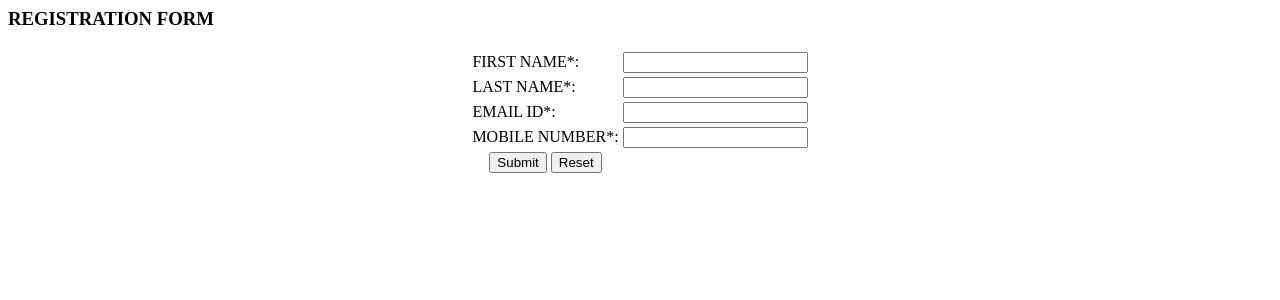
Repository: varshaumeshhs55/ServletProject
Page: LoginRegistrationApp/WebContent/registrationpage.html
An editor plug-in stored every save of this project. The page is shown before and after the next save, followed by the edit.
The browser window is 1280 px wide. The pictures show the whole page.

Above is the page before, as saved 2019-01-23 09:02:20.

### LoginRegistrationApp/WebContent/registrationpage.html
<html>
<head>
<title>Registration Form</title>

</head>

<body>
<h3>REGISTRATION FORM</h3>

<table align="center">

<!----- First Name ---------------------------------------------------------->
<tr>
 	<form action="Registrationform" method="post">

<td>FIRST NAME*:</td>
<td><input type="text" name="First_Name" >
</td>
</tr>

<!----- Last Name ---------------------------------------------------------->
<tr>
<td>LAST NAME*:</td>
<td><input type="text" name="Last_Name" >

</td>
</tr>




<!----- Email Id ---------------------------------------------------------->
<tr>
<td>EMAIL ID*:</td>
<td><input type="text" name="Email_Id"></td>
</tr>

<!----- Mobile Number ---------------------------------------------------------->
<tr>
<td>MOBILE NUMBER*:</td>
<td>
<input type="text" name="Mobile_Number">

</td>
</tr>



<!----- Submit and Reset ------------------------------------------------->
<tr>
<td align="center">
<input type="submit" value="Submit">
<input type="reset" value="Reset">
</td>
</tr>
</table>
 </form>
</form>

</body>

</html>

After the next save:
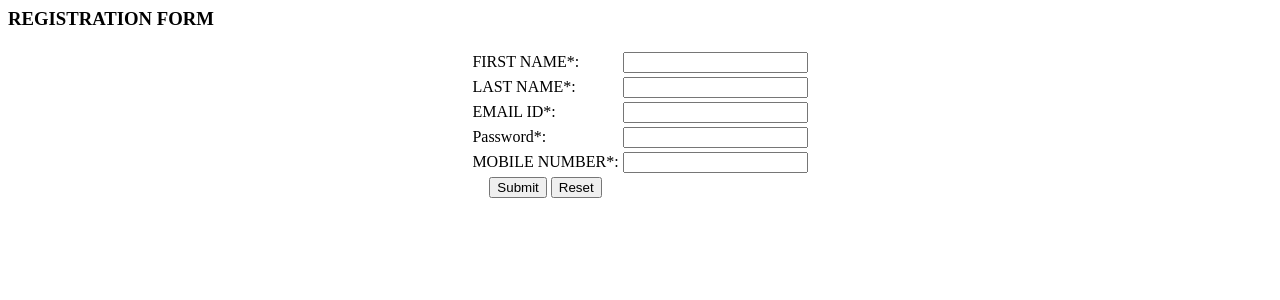
Saved 71 s later.
--- a/LoginRegistrationApp/WebContent/registrationpage.html
+++ b/LoginRegistrationApp/WebContent/registrationpage.html
@@ -35,6 +35,12 @@
 <td><input type="text" name="Email_Id"></td>
 </tr>
 
+ <!----- Password ---------------------------------------------------------->
+<tr>
+<td>Password*:</td>
+<td><input type="text" name="Email_Id"></td>
+</tr>
+
 <!----- Mobile Number ---------------------------------------------------------->
 <tr>
 <td>MOBILE NUMBER*:</td>
